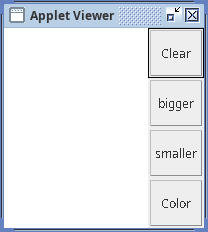
Repository: EnjoyWorkTrue/Spring2014
Program's window: java CMP342/Assignment2/project1/Drwing.java
An editor plug-in stored every save of this project. The program's window is shown before and after a run of saves, followed by the edit.
It runs on Java 21 on a 1366 x 768 screen with the Metal look.

Above is the program's window before, as saved 2014-02-25 02:43:21.

After the next 2 saves:
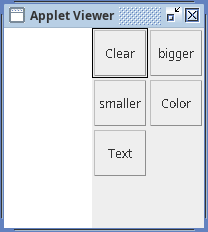
The 2 saves are shown as one change because they came seconds apart.
The last was saved 116 s later.
--- a/CMP342/Assignment2/project1/buttonPanel.java
+++ b/CMP342/Assignment2/project1/buttonPanel.java
@@ -20,21 +20,24 @@
 		Button btn1 = new Button("bigger");
 		Button btn2 = new Button("smaller");
 		Button btn3 = new Button("Color");
+		Button btn4	= new Button("Text");
 		add(btn);
 		add(btn1);
 		add(btn2);
 		add(btn3);
+		add(btn4);
 		btn.addActionListener(this);
 		btn1.addActionListener(this);
 		btn2.addActionListener(this);
 		btn3.addActionListener(this);
+		btn4.addActionListener(this);
 	}
 
 
 	@Override
 	public void actionPerformed(ActionEvent e) {
 		if(e.getActionCommand()=="Clear"){
-			Applet app = new Drwing();
+			Applet app = (Applet)WhiteBoard.a.getSource();
 			Graphics g = app.getGraphics();
 			g.setColor(Color.white);
 			g.fillRect(0, 0,app.getSize().width,app.getSize().height);
@@ -53,6 +56,9 @@
 
 
 		}
+		if(e.getActionCommand()=="Text"){
+			WhiteBoard.chageTextColor(JColorChooser.showDialog(this,"CHOOSE",WhiteBoard.getTextColor()));
+		}
 
 	}
 
